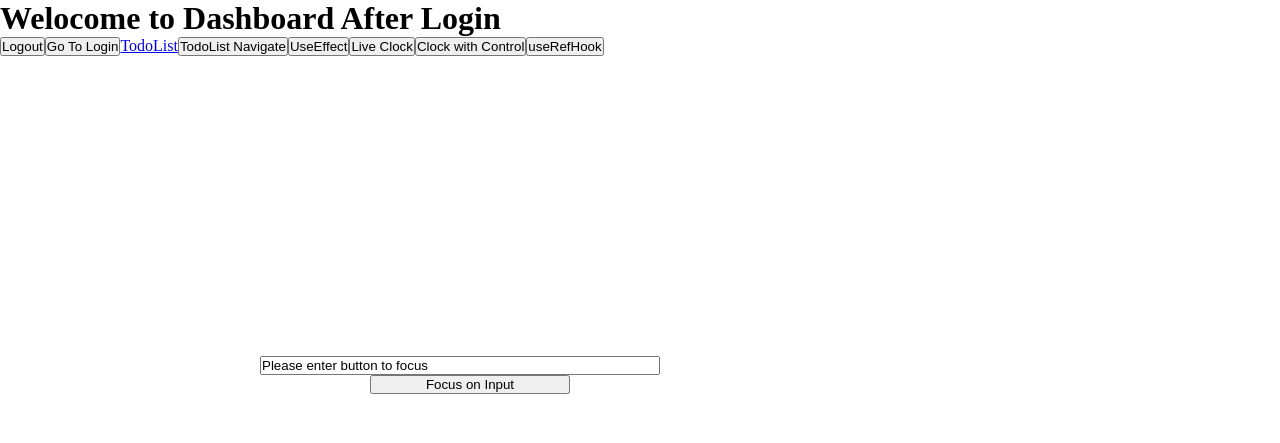
Repository: harshrathore123/ReactPractice
Page: /dashboard/useRefHook (app in my-app/)
These files come from the project's save history. The page is drawn as it stood at one moment and after a run of saves; the edit follows.
The browser window is 1280 px wide. The pictures show the whole page.
The project was rebuilt for these pictures with package versions that can differ from the ones it lists, and the page was loaded fresh each time. Also part of the build but not shown: my-app/vite.config.js, my-app/src/component/Desctructuing.jsx, my-app/src/component/FirstName.jsx, my-app/src/component/Increment.jsx, my-app/src/component/Event.jsx, my-app/src/component/Form.jsx, my-app/src/component/Rendering.jsx, my-app/src/component/RenderingList.jsx and 7 more.

Above is the page before, as saved 2025-10-13 12:51:29.

After the next 2 saves:
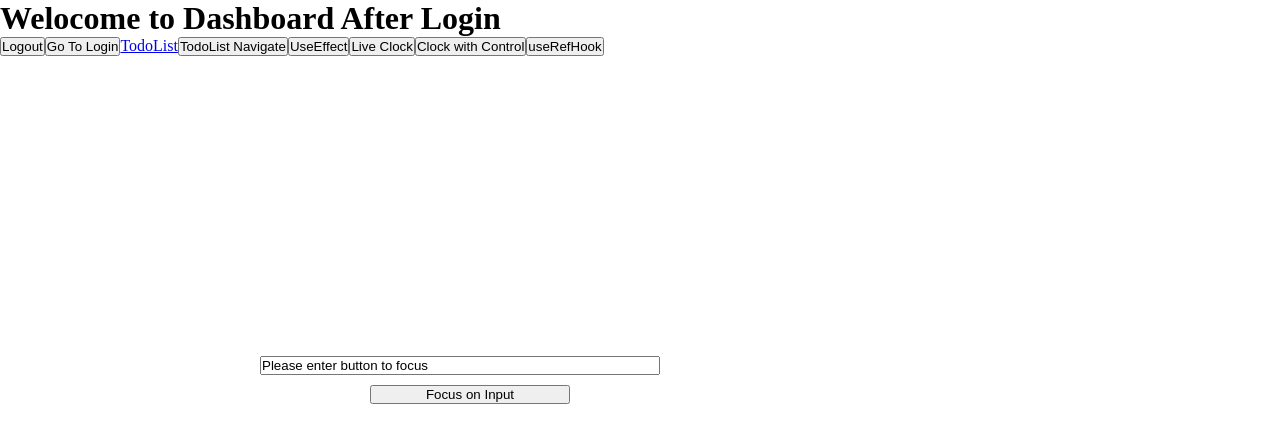
The 2 saves are shown as one change because they came seconds apart.
The last was saved 10 s later.
--- a/my-app/src/component/Hooks/useRefHook.jsx
+++ b/my-app/src/component/Hooks/useRefHook.jsx
@@ -7,7 +7,7 @@ export default function UseRefHook(){
         <>
         <div className="coainer" style={{display:"flex",justifyContent:"center",alignContent:"center",marginTop:"300px",flexDirection:"column"}}>
         <input type="text" placeholder="Please enter button to focus" style={{width:"400px",marginLeft:"260px"}} />
-        <button onClick={focusInput} style={{width:"200px",marginLeft:"370px"}}>Focus on Input</button>
+        <button onClick={focusInput} style={{width:"200px",marginLeft:"370px",marginTop:"10px"}}>Focus on Input</button>
         </div>
 
         </>
